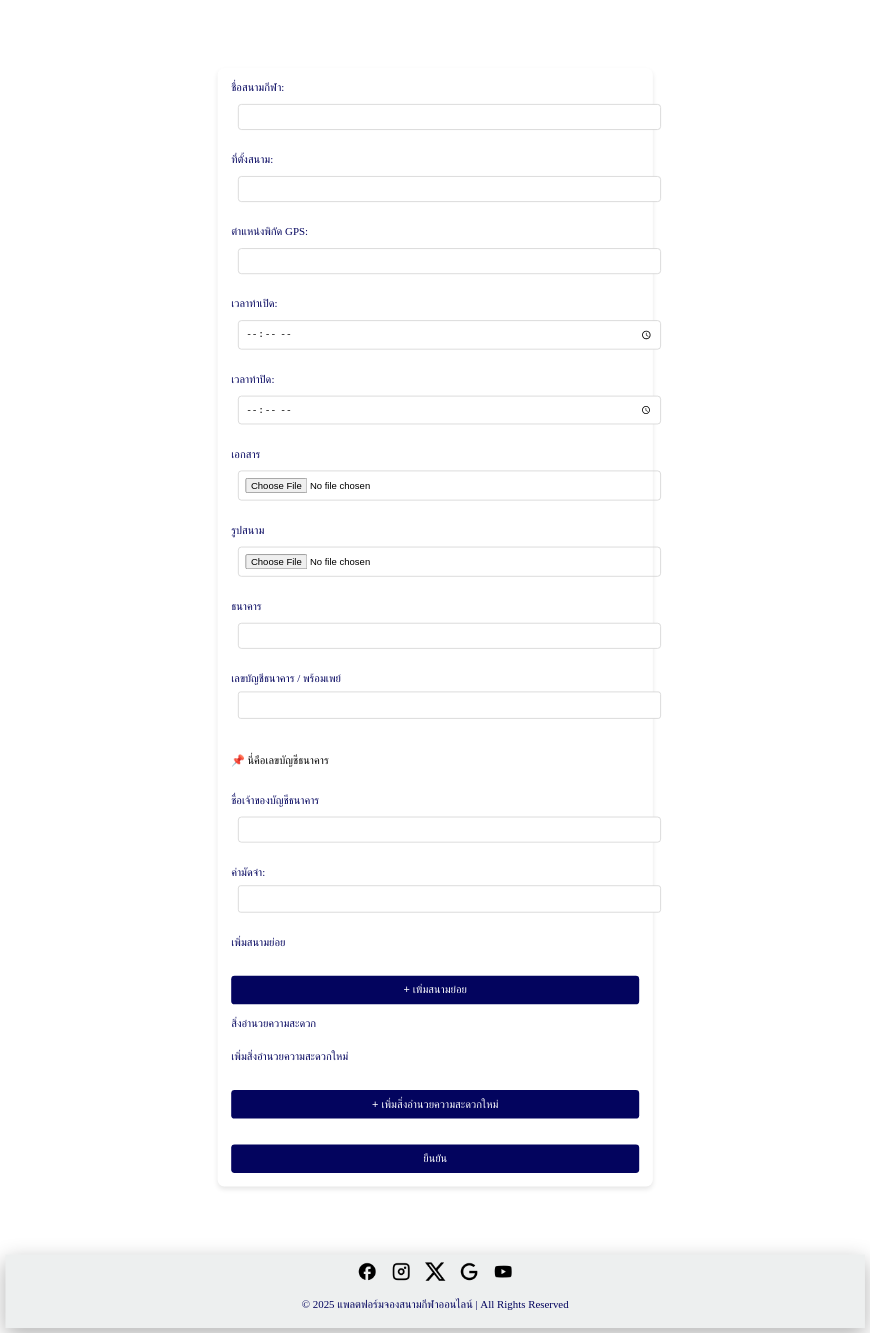
Repository: narawit101/project2
Page: /register-field (app in frontend/)
The author's editor kept a copy of each file at every save. The page is drawn from the files as they stood at one save, then again after the next save.
The browser window is 1280 px wide. The pictures show the whole page, at 68% of full size.
The page's requests for data from a server got no answer. The project was rebuilt for these pictures with package versions that can differ from the ones it lists, and the page was loaded fresh each time. The framework's server and built-in components were replaced by stand-ins that run in the browser. No one was signed in, and anything a server would have sent is missing. Also part of the build but not shown: frontend/next.config.js, frontend/next.config.mjs, frontend/src/app/globals.css.

Above is the page before, as saved 2025-03-19 00:04:27.

After the next save:
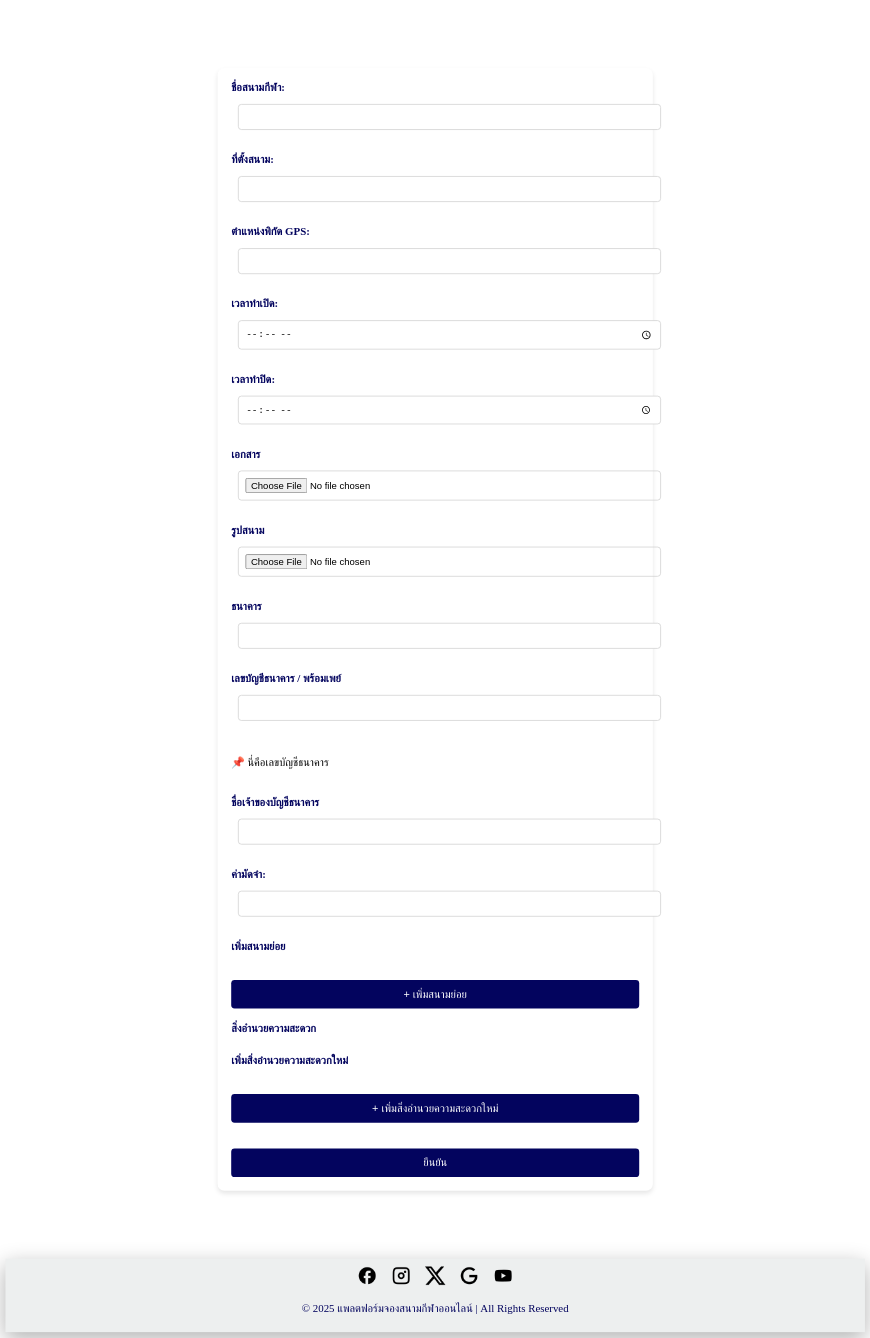
Saved 46 s later.
--- a/frontend/src/app/css/registerFieldForm.css
+++ b/frontend/src/app/css/registerFieldForm.css
@@ -35,20 +35,15 @@ form {
     cursor: pointer;
   }
 
-  .input-group label {
-    font-size: 16px;
-    color: var(--text-color);
-    font-weight: 500;
-    cursor: pointer;
-  }
+
 
   /* ข้อความเมื่อเลือก checkbox */
-  .input-group input[type="checkbox"]:checked + label {
+  .input-group-checkbox input[type="checkbox"]:checked + label {
     color: #2980b9; /* เปลี่ยนสีข้อความเมื่อเลือก checkbox */
   }
 
   /* ป้อนราคา */
-  .input-group input[type="number"] {
+  .input-group-checkbox input[type="number"] {
     width: 100%;
     padding: 10px;
     border: 1px solid #ccc;
@@ -57,19 +52,19 @@ form {
     margin-top: 5px;
   }
 
-  .input-group input[type="number"]:focus {
+  .input-group-checkbox input[type="number"]:focus {
     border-color: #3498db;
     outline: none;
   }
 
   /* Hover effect สำหรับ label */
-  .input-group label:hover {
+  .input-group-checkbox label:hover {
     color: #3498db;
   }
 
 
 label {
-  font-size: 20px;
+    font-size: 16px;
   font-weight: 600;
   color: var(--text-color);
   display: block;
